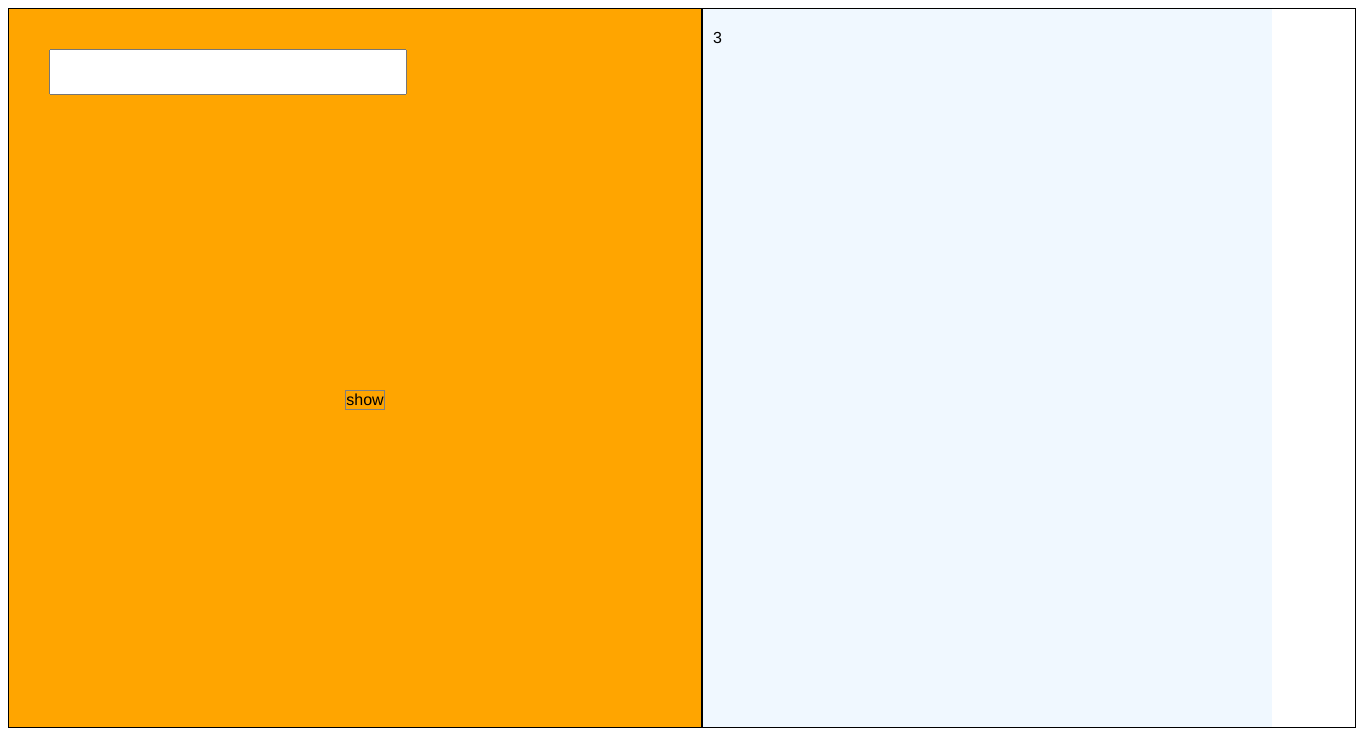
Repository: andrii1/react-gifs
Page: /
These files come from the project's save history. The page is drawn as it stood at one moment and after the next save; the edit follows.
The browser window is 1280 px wide. The page is 1356 px wide, so the pictures cover 1356 px, including what lies to the right of the window. The pictures show the whole page.
The project was rebuilt for these pictures with package versions that can differ from the ones it lists, and the page was loaded fresh each time. Also part of the build but not shown: webpack.config.js.

Above is the page before, as saved 2022-03-02 15:34:46.

After the next save:
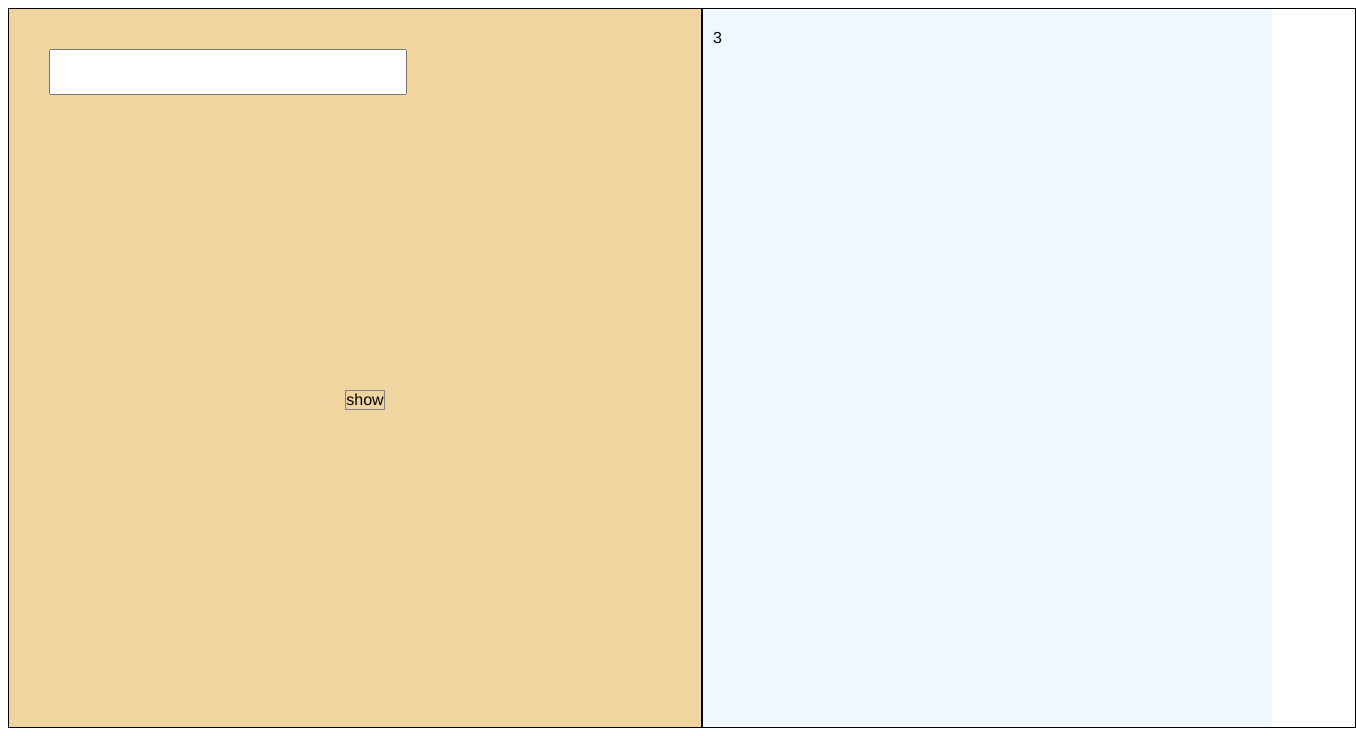
Saved 25 s later.
--- a/assets/stylesheets/application.scss
+++ b/assets/stylesheets/application.scss
@@ -19,7 +19,7 @@ body {
   flex: 0 0 50%;
   border: black 1px solid;
   padding: 20px 20px 20px 40px;
-  background-color: orange;
+  background-color: rgba(241, 168, 33, 0.435);
 }
 
 .right {
